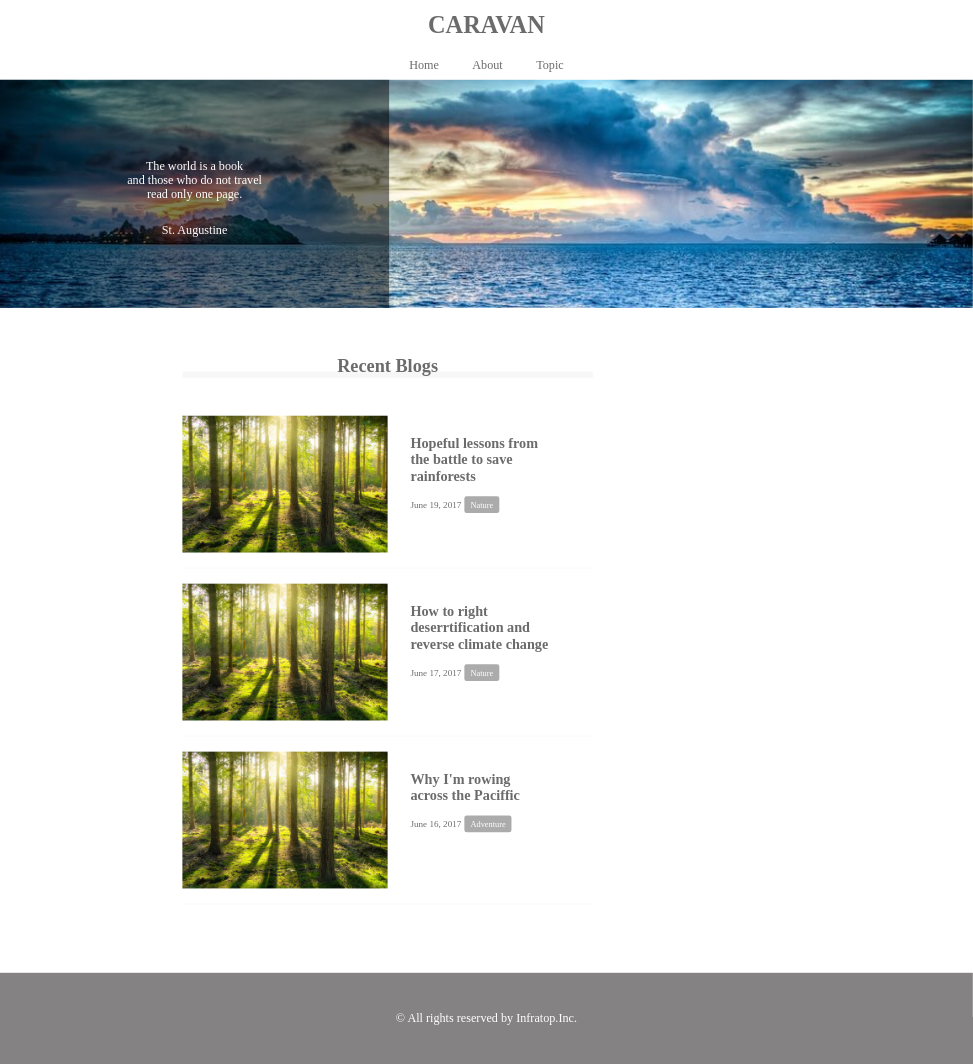
Repository: RAM-OK/git-practice
Page: caravan/index.html
The author's editor kept a record of every edit. The page is drawn from the files as they stood at one moment, then again after the next edit.
The browser window is 1280 px wide. The pictures show the whole page, at 76% of full size.

Above is the page before.

### caravan/index.html
<!DOCTYPE html>
<html lang="ja">
  <head>
    <meta charset="UTF-8" />
    <!-- CSSファイルの読み込み -->
    <link rel="stylesheet" href="style.css" />
    <title>CARAVAN</title>
  </head>

  <body>
    <!-- header -->
    <header>
      <h1 class="heading">
        <a href="index.html">
          CARAVAN
        </a>
      </h1>
    </header>

    <!-- navigation -->
    <nav>
      <ul class="nav-list">
        <li class="nav-list-item">
          <a href="index.html">Home</a>
        </li>
        <li class="nav-list-item">About</li>
        <li class="nav-list-item">Topic</li>
        </ul>
    </nav>

    <!-- main-visual用のdiv -->
    <div class="main-visual">
      <div class="main-visual-content">
    <p class="main-visual-text">
      The world is a book<br />
      and those who do not travel<br />
      read only one page.
    </p>
    <p class="main-visual-name">
      St. Augustine
    </p>
    　</div>
    </div>

    <!-- main用のdiv -->
    <main>
      <section class="blog">
        <h2 class="blog-heading">Recent Blogs</h2>
        <div class="blog-box">
        <div class="blog-item">
          <img class="blog-image" src="img/forest.jpg">
          <section class="blog-text">
            <h3 class="blog-text-heading">
              <a href="single.html">
                Hopeful lessons from<br />
                the battle to save<br />
                rainforests
              </a>
            </h3>
            <p class="blog-date">June 19, 2017</p>
            <span class="category">Nature</span>
          </section>
        </div>
        <div class="blog-item">
          <img class="blog-image" src="img/forest.jpg">
          <section class="blog-text">
            <h3 class="blog-text-heading">
              <a href="single.html">
                How to right<br />
                deserrtification and<br />
                reverse climate change
              </a>
            </h3>
            <p class="blog-date">June 17, 2017</p>
            <span class="category">Nature</span>
          </section>
        </div>
        <div class="blog-item">
          <img class="blog-image" src="img/forest.jpg">
          <section class="blog-text">
            <h3 class="blog-text-heading">
              <a href="single.html">
                Why I'm rowing<br />
                across the Paciffic<br />
              </a>
            </h3>
            <p class="blog-date">June 16, 2017</p>
            <span class="category">Adventure</span>
          </section>
        </div>

        </div>
       </div>
      </section>
      <div class="sidebar"></div>
    </main>

    <!-- footer -->
    <footer>
      <p class="footer-text">︎© All rights reserved by Infratop.Inc. </p>
    </footer>
  </body>
</html>

### caravan/style.css
/* ブラウザがそれぞれ持っているCSSをリセットするための記述 */
* {
  margin: 0;
  padding: 0;
  box-sizing: border-box;
  color: #6c6b6b;
}

a {
  text-decoration: none;
}

header {
  width: 90%; /* 横幅90% */
  padding: 15px 0;
  margin: 0 auto;
  text-align: center;
}

header .heading { /* headerタグ内のheadingクラスにのみ反映される */
 font-size: 32px;
}

.nav-list {
  text-align: center;
  padding: 10px 0;
  margin: 0 auto;
}

.nav-list-item {
  list-style: none;
  display: inline-block;
  margin: 0 20px;
}

.main-visual {
  width: 100%; /* 横幅いっぱい */
  height: 300px; /* 高さ300px */
  background-image: url(img/mv.jpg);
  background-size: cover; /* 縦横比を維持したまま背景領域を埋め尽くす */
  background-position: center; /* 背景画像を中央に配置 */
}

.main-visual-content {
  width: 40%; /* 横幅40% */
  height: 300px; /* 親の高さに揃える */
  background-color: rgba(0,0,0,0.5); /* 背景色を半透明の黒にする */
  text-align: center; /* 文字を中央揃えにする */
  padding-top: 105px; /* 上側の内側余白で垂直方向の位置を調整 */
}

.main-visual-text {
  color: #fff; /* 文字色を白に変更 */
}

.main-visual-name {
  margin-top: 30px; /* 上側の外側の余白 */
  color: #fff; /* 文字色を白に変更 */
}

main {
 width: 800px; /* 横幅800px */
 display: flex; /* Flexboxの利用 */
 justify-content: center; /* 要素横並び・中央寄せ */
 margin: 0 auto; /* 要素の中央揃え */
 padding: 70px 0; /* 上下に70px、左右に0pxの余白 */
}

.blog {
  width: 540px;
  margin-right: 30px; /* 領域の右側余白 */
}

.blog-heading {
  border-bottom: 8px solid #f7f7f7;
  text-align: center;
  line-height: 0.6;
}

.blog-box {
  padding-top: 50px;
}

.blog-item {
  padding-bottom: 20px;
  margin-bottom: 20px;
  border-bottom: 1px solid #f7f7f7;
  display: flex;
  justify-content: flex-start;
}

.blog-image {
  height: 180px;
}

.blog-text {
  padding: 25px 0 0 30px;
}

.blog-text-heading {
  padding-bottom: 15px;
}

.blog-date {
  font-size: 12px;
  display: inline-block;
}

.category {
  display: inline-block;
  padding: 5px 8px;
  background-color: #acabab;
  border-radius: 3px;
  color: #fff;
  font-size: 11px;
}

.sidebar {
  width: 230px;
}

footer {
  width: 100%;
  height: 120px;
  text-align: center;
  line-height: 120px;
  background-color: #848282;
}

.footer-text {
  color: #fff;
}

After the next edit:
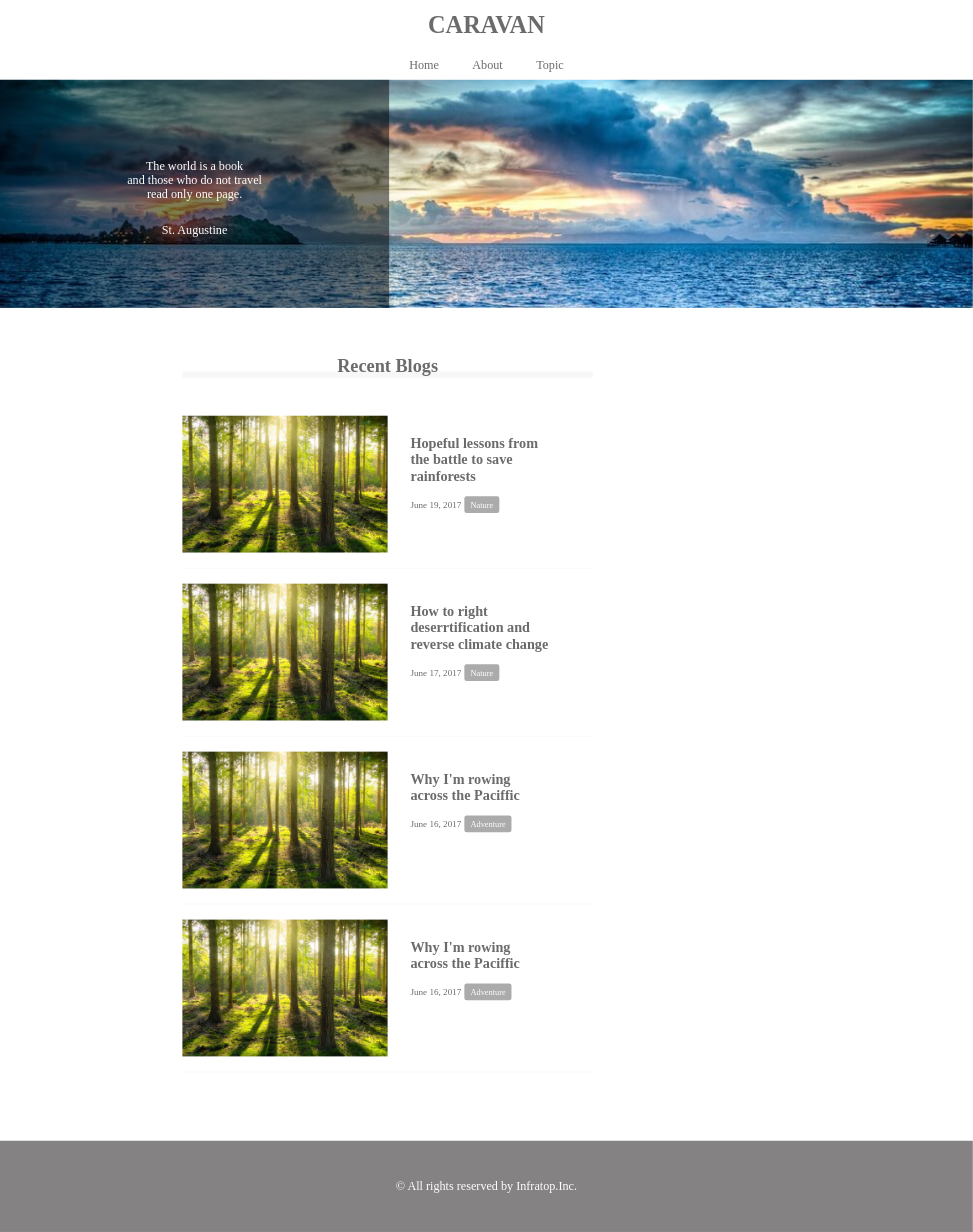
The edit:
--- a/caravan/index.html
+++ b/caravan/index.html
@@ -88,6 +88,19 @@
             <span class="category">Adventure</span>
           </section>
         </div>
+        <div class="blog-item">
+          <img class="blog-image" src="img/forest.jpg">
+          <section class="blog-text">
+            <h3 class="blog-text-heading">
+              <a href="single.html">
+                Why I'm rowing<br />
+                across the Paciffic<br />
+              </a>
+            </h3>
+            <p class="blog-date">June 16, 2017</p>
+            <span class="category">Adventure</span>
+          </section>
+        </div>
 
         </div>
        </div>
